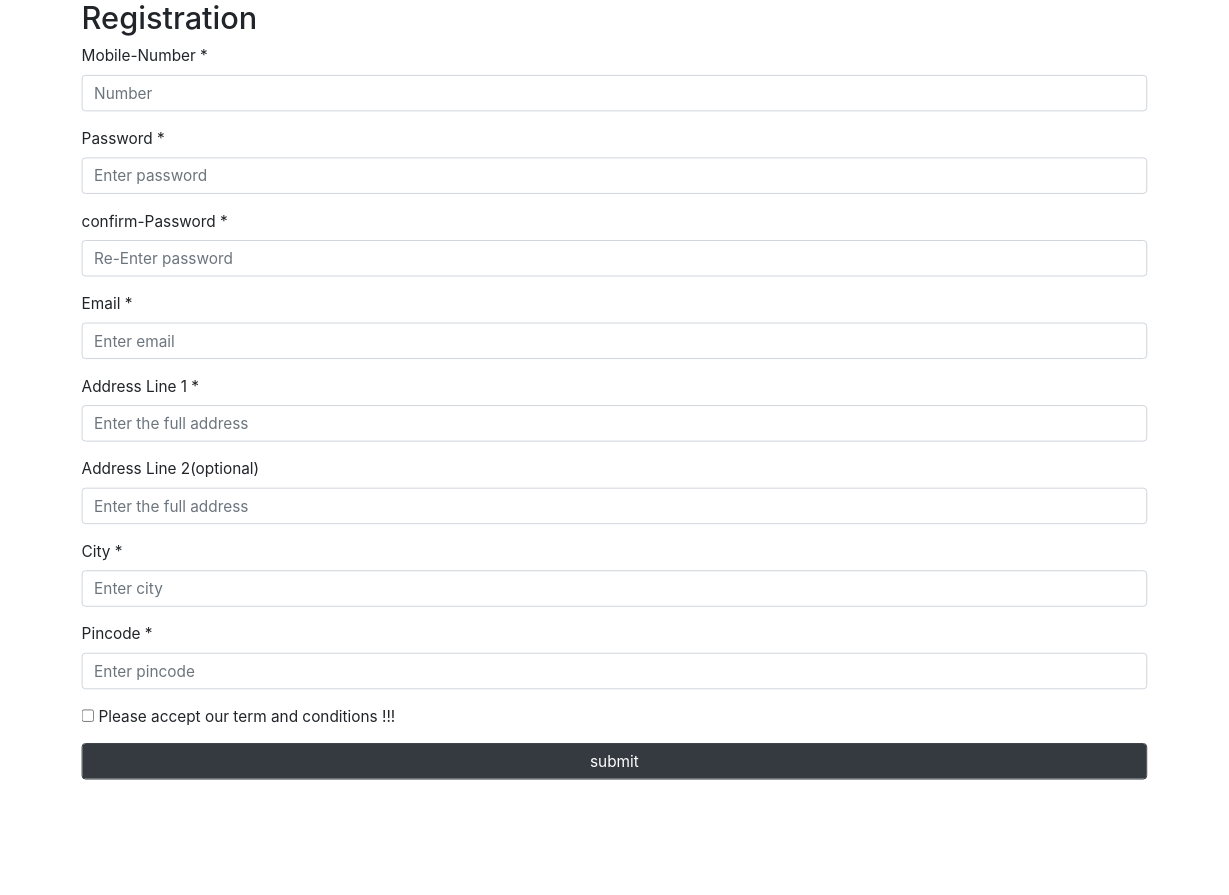
Repository: abhishekgandhi2398/BookStore
Page: http://localhost/BookStore/new_user.jsp
An editor plug-in stored every save of this project. The page is shown before and after the next save, followed by the edit.
The browser window is 1280 px wide. The pictures show the whole page, at 96% of full size.
The page is served by Tomcat 9. Other server files are loaded and not shown.

Above is the page before, as saved 2019-12-03 18:11:14.

### ProjectJava/BookStore/WebContent/new_user.jsp
<%@ page language="java" contentType="text/html; charset=ISO-8859-1"
    pageEncoding="ISO-8859-1"%>
<!DOCTYPE html>
<html>
<head>
<meta charset="ISO-8859-1">
<title>Insert title here</title>
</head>
<body>

<jsp:include page="new_user_page.jsp"></jsp:include>

</body>
</html>

### ProjectJava/BookStore/WebContent/new_user_page.jsp
<%@ page language="java" contentType="text/html; charset=ISO-8859-1"
    pageEncoding="ISO-8859-1"%>
<!DOCTYPE html PUBLIC "-//W3C//DTD HTML 4.01 Transitional//EN" "http://www.w3.org/TR/html4/loose.dtd">
<html lang="en">
<head>
  <title>Bootstrap Example</title>
  <meta charset="utf-8">
  <meta name="viewport" content="width=device-width, initial-scale=1">
  <link rel="stylesheet" href="https://maxcdn.bootstrapcdn.com/bootstrap/4.3.1/css/bootstrap.min.css">
  <script src="https://ajax.googleapis.com/ajax/libs/jquery/3.4.1/jquery.min.js"></script>
  <script src="https://cdnjs.cloudflare.com/ajax/libs/popper.js/1.14.7/umd/popper.min.js"></script>
  <script src="https://maxcdn.bootstrapcdn.com/bootstrap/4.3.1/js/bootstrap.min.js"></script>
 <script>
 /*
  function validate()
  {

	  mess="<br><div class='alert alert-success'><strong>Please Check!</strong> You should enter corret details to enter in the page.</div>";

	  if(!ch_number()|| !ch_address() || !ch_pincode() || !ch_pass() || !check_pass()|| !ch_email())
	 {
		  document.getElementById("sub").innerHTML=mess;
		  return false;

	 }
	  else
		  {
		       return true;
		  }
  }
 */


  function ch_number()
  {
	  errnumber="";
	  var x=document.getElementById("mobile").value;
	  var pat=/^[7-9][0-9]{9}$/
	  if(pat.test(x))
	  {
		  errnumber="Entered Number is valid";
		  document.getElementById("pnumber").innerHTML=errnumber;
		  return true;
      }
	  else
	  {
		  errnumber="Entered Number is invalid";
		  document.getElementById("pnumber").innerHTML=errnumber;
		  return false;
	  }
  }

  function ch_address()
  {
	  errmsg="";
		var addr = document.getElementById("addressl").value;

		if(addr == "" || addr.length<6)
		{
			//errmsg=" ";
			document.getElementById("errp").innerHTML = 'Address should be maximum 6 characters';
			return false;
		}
		else
		{
			//errmsg="";
			document.getElementById("errp").innerHTML = 'Entered value is correct.';
		return true;
		}
  }

  function ch_pincode()
  {
	  errnumber="";
	  var x=document.getElementById("pincode").value;
	  var pat=/^[0-9]{6}$/
	  if(pat.test(x))
	  {
		  errnumber="Entered Pincode is correct";
		  document.getElementById("pinmess").innerHTML=errnumber;
		  return true;
      }
	  else
	  {
		  errnumber="The entered pincode is less than 6 digit number, please check";
		  document.getElementById("pinmess").innerHTML=errnumber;
		  return false;
	  }
  }
  function ch_pass()
  {

  	errpss="";
  	var pp=document.getElementById("password").value;

  	//var regexp = new RegExp(var);

  	if((pp.match(/[a-z]/g) && pp.match(/[A-Z]/g)&& pp.match(/[0-9]/g) && pp.length>=8))
  	{
  			errpss="Correct Message";
  			document.getElementById("passerr").innerHTML=errpss;

  		return true;
  	}
  	else{
  			errpss="Password length should be more than 8 charaters should also contain one Special charater,number and uppercase letter";
  		document.getElementById("passerr").innerHTML=errpss;
  	  	return false;

  	}


  }

  function check_pass()
  {
    errormessagge="";
  	var tp=document.getElementById("password").value;
  	var rp=document.getElementById("passwordr").value;

  	if(tp!=rp)
  	{

  		errormessagge="Password Mismatch";
  		document.getElementById("errorp").innerHTML=errormessagge;

  		return false;
  	}
  	else
  	{
  		errormessagge="Correct Password";
  		document.getElementById("errorp").innerHTML=errormessagge;
  		return true;
  	}

  }
  function ch_email()
  {
  var mail=document.getElementById('email').value;
  var mail_pattern=/^\w+([\.-]?\w+)*@\w+([\.-]?\w+)*(\.\w{2,3})+$/;

  if(mail=='')
  {
  document.getElementById('ch_email').innerHTML='Enter Your E-MailID';
  return false;
  }
  else if(mail_pattern.test(mail)==false)
  {
  document.getElementById('ch_email').innerHTML='Entered Email Id is Invalid';
  return false;
  }
  else
  {
  document.getElementById('ch_email').innerHTML='Entered Email Id is Valid';
  }
  }

 </script>
</head>
<body>

<%

%>
<form action="add_new_user.jsp" onsubmit="return validate()">
      <div class="container">
             <h2>Registration</h2>
       <div class="form-group" >
             <label for="mobile">Mobile-Number *</label>
             <input type="text" class="form-control" id="mobile" placeholder="Number" onblur="ch_number()"name="mobile">
        <div id="pnumber"></div>
        </div>



        <div class="form-group" >
               <label for="Pwd">Password *</label>
               <input type="password" class="form-control" id="password" placeholder="Enter password"  onblur="ch_pass()" name="password">
       <div id="passerr"></div>
       </div>
       <div class="form-group" >
              <label for="Pwd">confirm-Password *</label>
              <input type="password" class="form-control" id="passwordr" placeholder="Re-Enter password" onblur="check_pass()" name="cnfpassword" >
        <div id="errorp"></div>
        </div>
       <div class="form-group">
               <label for="email">Email *</label>
               <input type="email" class="form-control" id="email" placeholder="Enter email" onblur="ch_email()" name="email" >
         <div id="ch_email"></div>
         </div>
        <div class="form-group">
             <label for="address">Address Line 1 *</label>
             <input type="text" class="form-control" id="address" placeholder="Enter the full address" name="address" onblur="ch_address()" >
             <div id="errp"></div>
        </div>
        <div class="form-group">
             <label for="address">Address Line 2(optional)</label>
             <input type="text" class="form-control" id="address1" placeholder="Enter the full address" name="address1" onblur="ch_address()">
             <div id="errp"></div>
        </div>
        <div class="form-group">
             <label for="city">City *</label>
             <input type="text" class="form-control" id="city" placeholder="Enter city" name="city" required>
        </div>
        <div class="form-group">
             <label for="pincode">Pincode *</label>
             <input type="number" class="form-control" id="pincode" placeholder="Enter pincode" name="pincode" onblur="ch_pincode()">
             <div id="pinmess"></div>
        </div>

        <div>
        <p><input type="checkbox" required> Please accept our term and conditions !!!</p>

        </div>
        <input type="submit" value="submit" class="btn btn-dark form-control" onclick="validate()">
       <br>
        <div id="sub"></div>

       </div>

       <br><br><br><br><br>

</form>
</body>
</html>

After the next save:
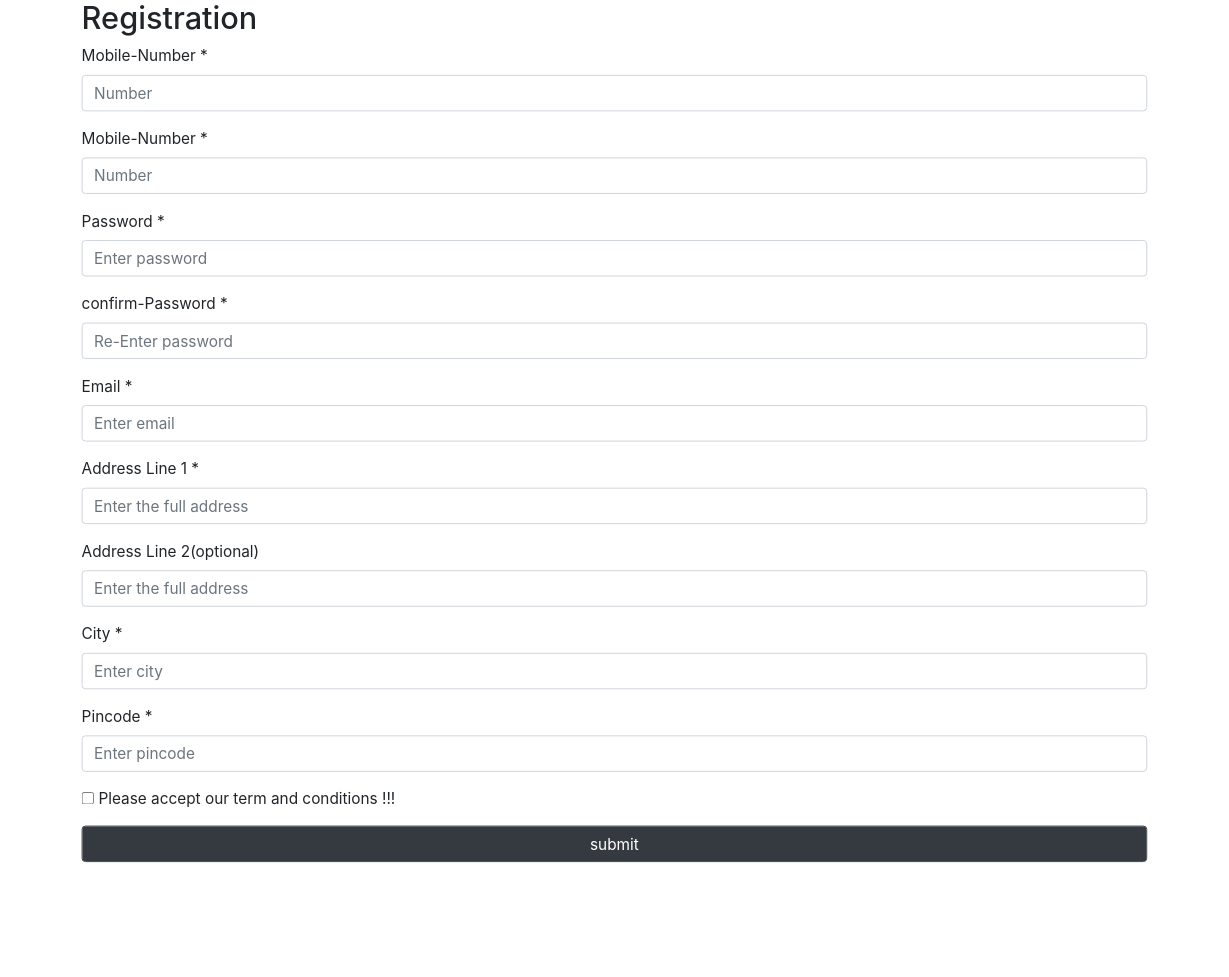
Saved 5 s later.
--- a/ProjectJava/BookStore/WebContent/new_user_page.jsp
+++ b/ProjectJava/BookStore/WebContent/new_user_page.jsp
@@ -171,6 +171,12 @@
         <div id="pnumber"></div>
         </div>
 
+       <div class="form-group" >
+             <label for="mobile">Mobile-Number *</label>
+             <input type="text" class="form-control" id="mobile" placeholder="Number" onblur="ch_number()"name="mobile">
+        <div id="pnumber"></div>
+        </div>
+
 
 
         <div class="form-group" >
